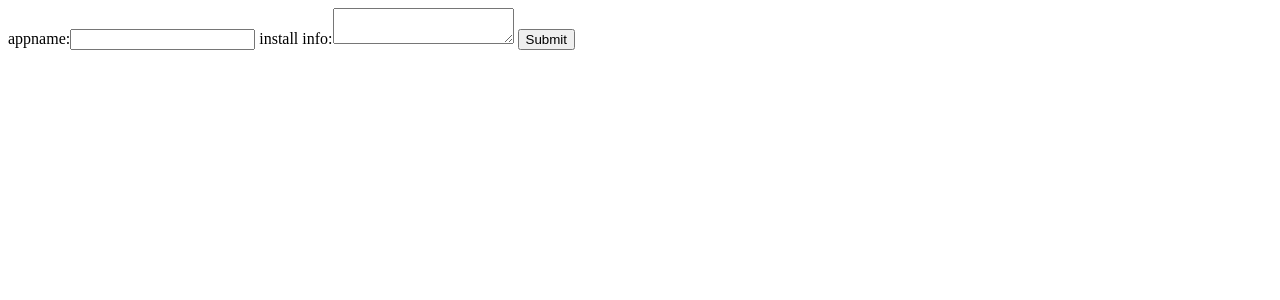
Repository: bleastrind/InternetOS
Page: http://localhost/InternetOS/appinstall.jsp
These files come from the project's save history. The page is drawn as it stood at one moment and after the next save; the edit follows.
The browser window is 1280 px wide. The pictures show the whole page.
The page is served by Tomcat 9. Nobody is signed in. The application's start-up code is not run. Other server files are loaded and not shown.

Above is the page before, as saved 2011-04-14 12:49:52.

### InternetOS/WebContent/appinstall.jsp
<%@ page language="java" contentType="text/html; charset=ISO-8859-1"
    pageEncoding="ISO-8859-1"%>
<!DOCTYPE html PUBLIC "-//W3C//DTD HTML 4.01 Transitional//EN" "http://www.w3.org/TR/html4/loose.dtd">
<html>
<head>
<meta http-equiv="Content-Type" content="text/html; charset=ISO-8859-1">
<title>Install app</title>
</head>
<body>
	<form action="addApp" method="POST">
		appname:<input type="text" name="appname"/>
		install info:<textarea name="install"></textarea>
		<input type="submit"/>
	</form>
</body>
</html>

After the next save:
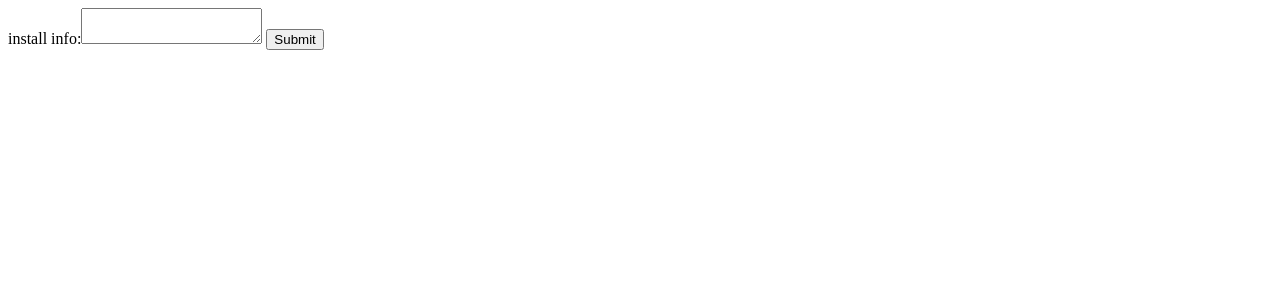
Saved 16 s later.
--- a/InternetOS/WebContent/appinstall.jsp
+++ b/InternetOS/WebContent/appinstall.jsp
@@ -8,7 +8,6 @@
 </head>
 <body>
 	<form action="addApp" method="POST">
-		appname:<input type="text" name="appname"/>
 		install info:<textarea name="install"></textarea>
 		<input type="submit"/>
 	</form>
